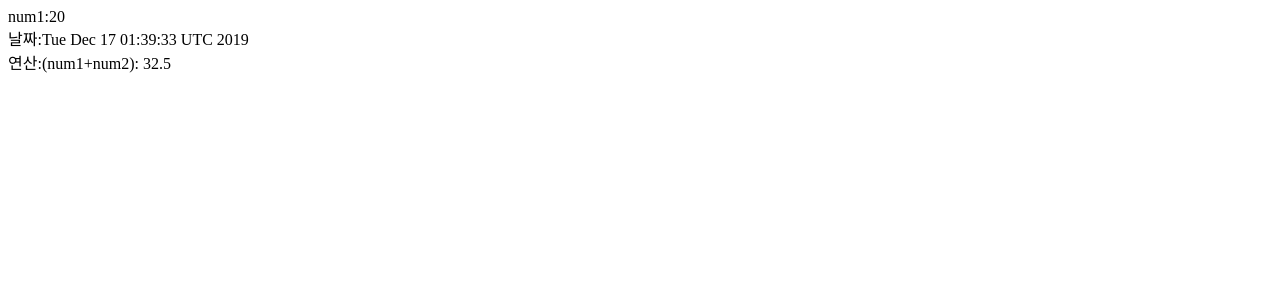
Repository: xo461/Java_Spring
Page: http://localhost/03_jsp_pool/01_jstl/01_set_remove.jsp
These files come from the project's save history. The page is drawn as it stood at one moment and after the next save; the edit follows.
The browser window is 1280 px wide. The pictures show the whole page.
The page is served by Tomcat 9.

Above is the page before, as saved 2019-12-19 02:52:03.

After the next save:
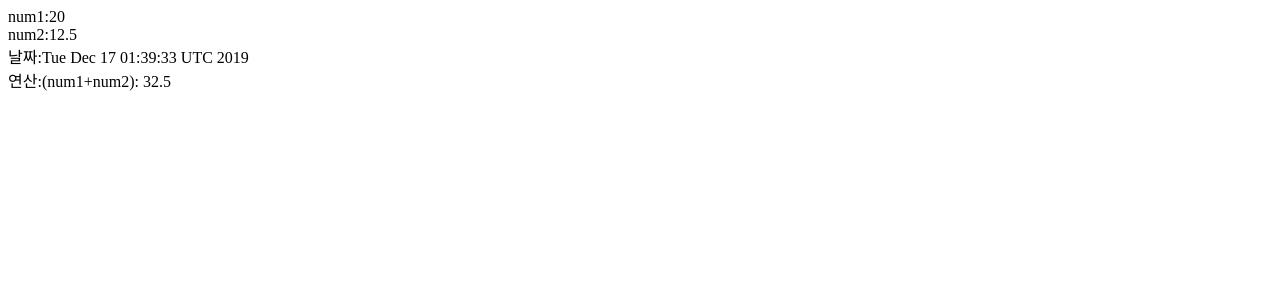
Saved 56 s later.
--- a/JSP_study/park_jsp_study/03_jsp_pool/WebContent/01_jstl/01_set_remove.jsp
+++ b/JSP_study/park_jsp_study/03_jsp_pool/WebContent/01_jstl/01_set_remove.jsp
@@ -12,8 +12,10 @@
 <c:set var="num1" value="${20 }" scope="page"/>
 <c:set var="num2" scope="page">12.5</c:set>
 <c:set var="date" value="<%=new java.util.Date() %>" scope="page"/>
+<c:set var="num3" value="${3 }" scope="page"/>
 
 num1:${num1 }<br>
+num2:${num2 }<br>
 날짜:${date }<br>
 연산:(num1+num2): ${num1+num2 }<br>
 
